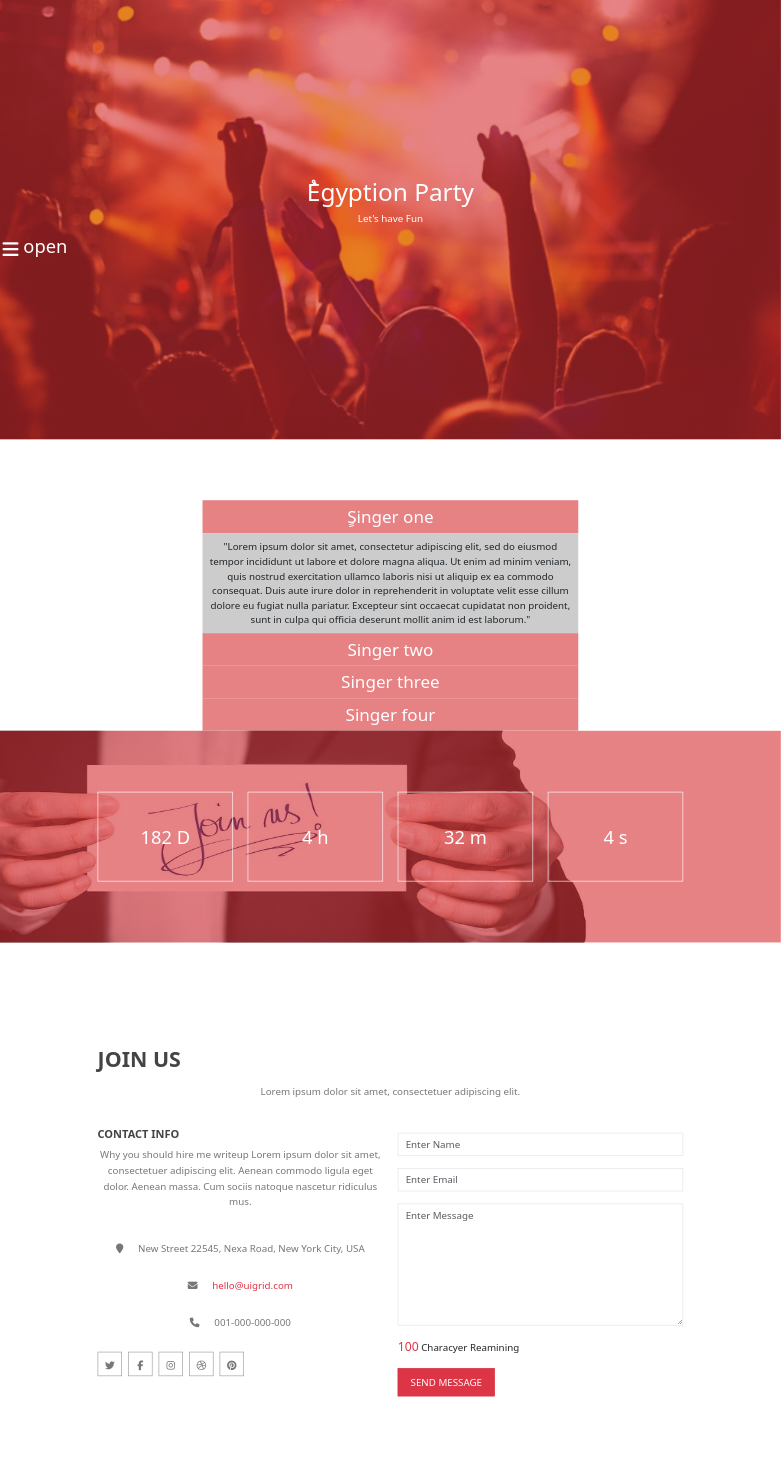
Repository: HagarYousry/jQuery
Page: index.html
These files come from the project's save history. The page is drawn as it stood at one moment and after the next save; the edit follows.
The browser window is 1280 px wide. The pictures show the whole page, at 61% of full size.

Above is the page before, as saved 2024-07-25 20:26:02.

After the next save:
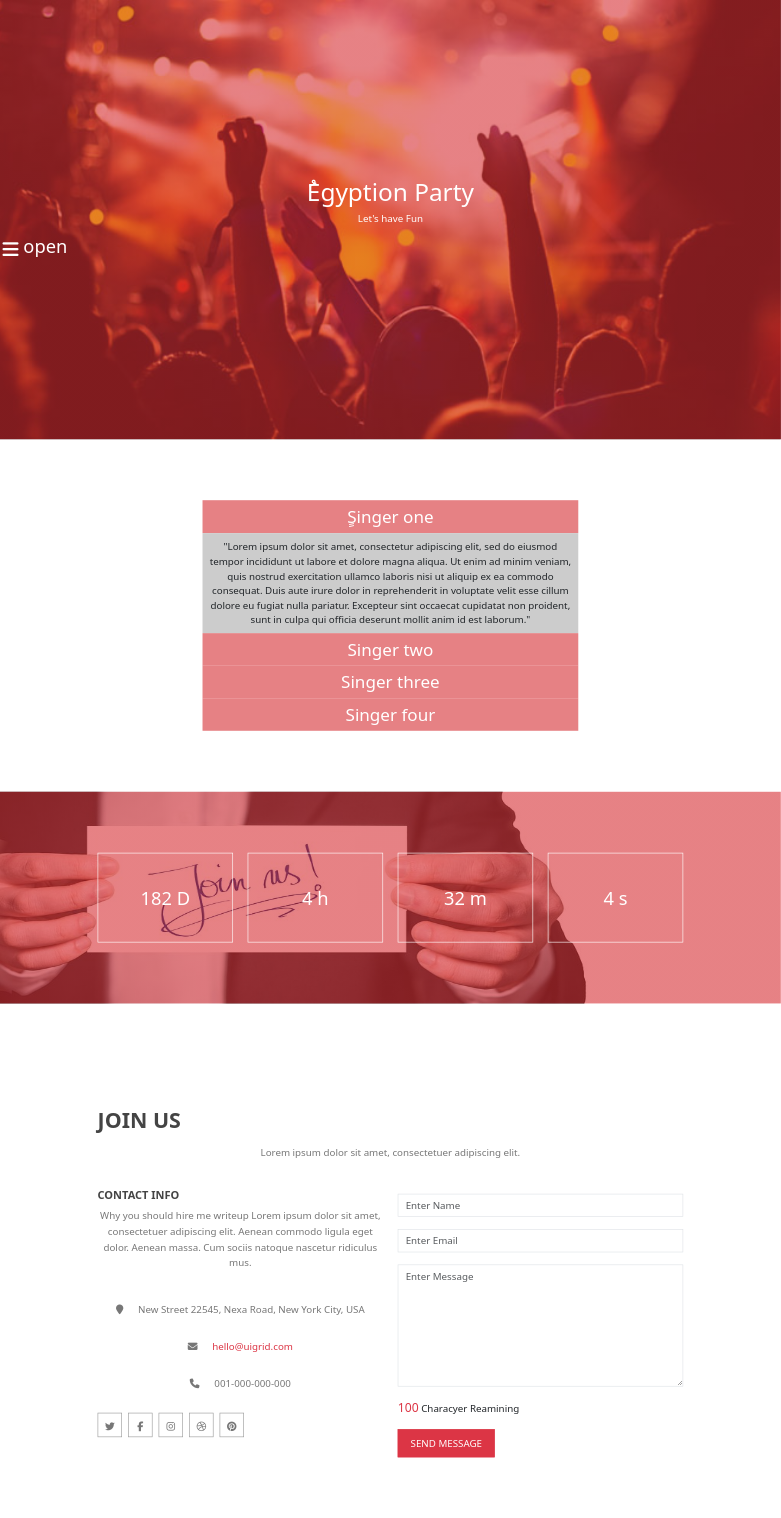
Saved 4 s later.
--- a/css/main.css
+++ b/css/main.css
@@ -57,7 +57,7 @@
 /* start Acordion section  */
 .Acordion{
     padding-top: 100px ;
-    p
+    padding-bottom: 100px;
 }
 
 .toggle {
